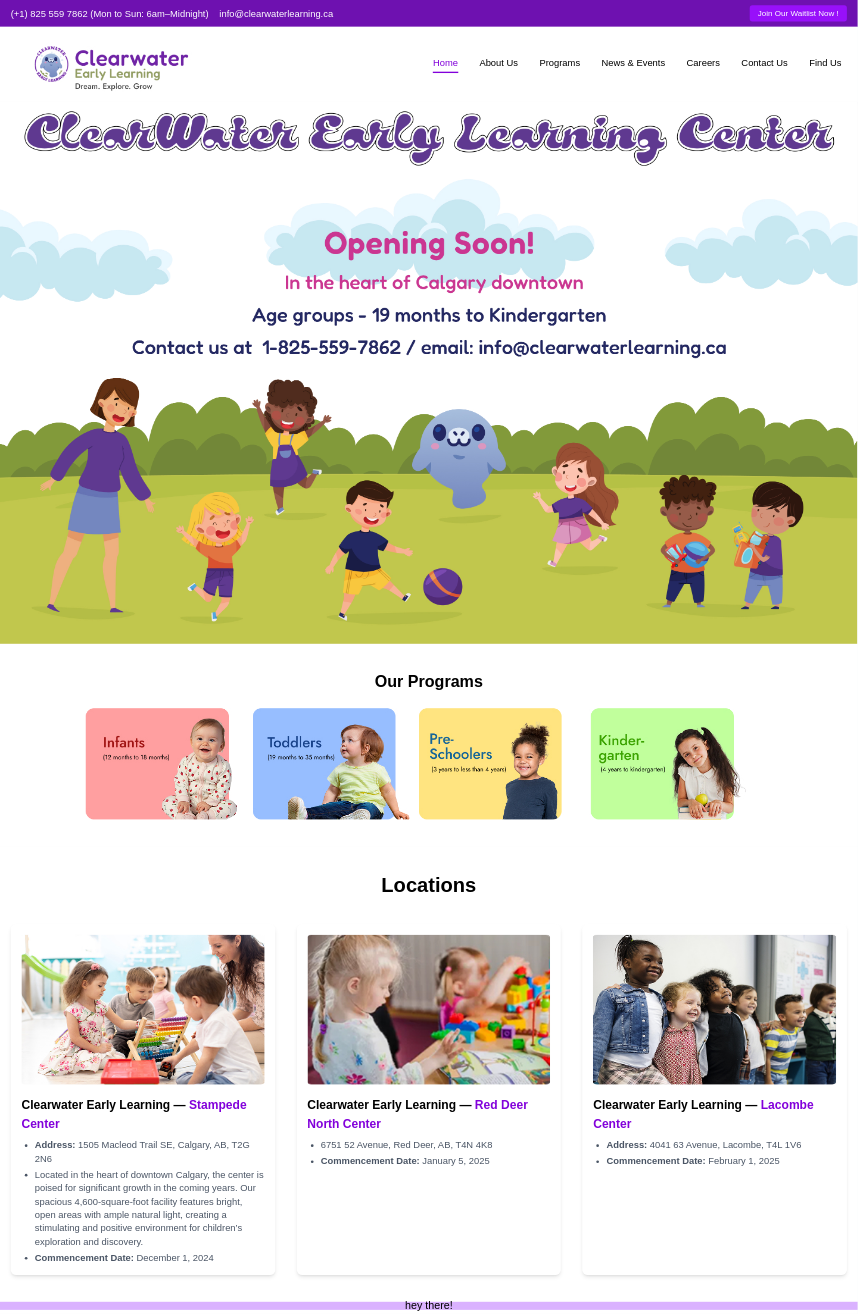
Repository: harshikabodekar/Daycare-Site
Page: /
These files come from the project's save history. The page is drawn as it stood at one moment and after a run of saves; the edit follows.
The browser window is 1280 px wide. The pictures show the whole page, at 67% of full size.
The project was rebuilt for these pictures with package versions that can differ from the ones it lists, and the page was loaded fresh each time. The framework's server and built-in components were replaced by stand-ins that run in the browser. Also part of the build but not shown: next.config.mjs.

Above is the page before, as saved 2025-06-23 12:03:52.

### app/page.js
import Navbar from "@/components/home/Navbar";
import Herosection from "@/components/home/Herosection";
import Program from "@/components/home/Program";
import Location from"@/components/home/Location";
import Footer from "@/components/home/Footer";

export default function Home() {
  return (
    <div className="bg-gray-50">
      <Navbar />
      <Herosection />
      <Program />
      <Location/>
      <Footer/>
    </div>
  );
}

### components/home/Navbar.jsx
import React from 'react';

export default function Navbar() {
  return (
    <div className="w-full shadow-md">
      {/* Top Contact Bar */}
      <div className="bg-purple-800 text-white text-sm flex justify-between items-center px-4 py-2">
        <div className="flex items-center space-x-4">
          <div className="flex items-center justify-center space-x-1">
            <span>(+1) 825 559 7862 (Mon to Sun: 6am–Midnight)</span>
          </div>
          <div className="flex items-center justify-center space-x-1">
            <span>info@clearwaterlearning.ca</span>
          </div>
        </div>
        <div className="flex items-center space-x-2">
          <button className="bg-purple-600 hover:bg-purple-700 text-white text-xs px-3 py-1 rounded">
            Join Our Waitlist Now !
          </button>
        </div>
      </div>

      {/* Logo and Nav */}
      <div className="bg-white flex justify-between items-center px-6 py-4">
        <div className="flex items-center space-x-2">
          <img src="/logo.jpg" alt="Clearwater Logo" className="h-20 w-auto" />
        </div>
        <div className="flex space-x-8 font-medium text-sm text-black">
          <a href="#" className="text-purple-700 border-b-2 border-purple-700 pb-1">Home</a>
          <a href="#" className="hover:text-purple-600">About Us</a>
          <a href="#" className="hover:text-purple-600">Programs</a>
          <a href="#" className="hover:text-purple-600">News & Events</a>
          <a href="#" className="hover:text-purple-600">Careers</a>
          <a href="#" className="hover:text-purple-600">Contact Us</a>
          <a href="#" className="hover:text-purple-600">Find Us</a>
        </div>
      </div>
    </div>
  );
}

### components/home/Herosection.jsx
import Image from "next/image";

export default function Herosection() {
  return (
    <div className="w-full relative">
      <Image
        src="/bg.jpg"
        alt="Background"
        width={1920}
        height={1080}
        className="w-full h-auto object-contain"
        priority
      />
    </div>
  );
}

### components/home/Program.jsx
import Image from "next/image";

export default function Program() {
  return (
    <div className="bg-white text-black flex flex-col items-center justify-center py-10">
      <h2 className="text-2xl font-bold mb-6">Our Programs</h2>
      <div className="relative w-full max-w-5xl">
        <Image
          src="/program.jpg"
          alt="Our Program"
          width={1100}
          height={950}
          className="w-full h-auto object-contain"
          priority
        />
      </div>
    </div>
  );
}

### components/home/Location.jsx
import Image from "next/image";

export default function Location() {
  return (
    <div className="bg-white py-10 px-4">
      <h2 className="text-3xl font-bold text-center text-black mb-10">Locations</h2>

      <div className="grid grid-cols-1 md:grid-cols-2 lg:grid-cols-3 gap-8 max-w-7xl mx-auto">

        <div className="bg-white rounded-lg shadow-md p-4">
          <Image
            src="/loc1.jpg"
            alt="Stampede Center"
            width={500}
            height={300}
            className="w-full h-56 object-cover rounded"
          />
          <div className="mt-4">
            <h3 className="font-bold text-lg text-black">
              Clearwater Early Learning —{" "}
              <span className="text-purple-700">Stampede Center</span>
            </h3>
            <ul className="list-disc pl-5 text-sm mt-2 text-gray-600 space-y-1">
              <li>
                <strong>Address:</strong> 1505 Macleod Trail SE, Calgary, AB, T2G 2N6
              </li>
              <li>
                Located in the heart of downtown Calgary, the center is poised for significant
                growth in the coming years. Our spacious 4,600-square-foot facility features
                bright, open areas with ample natural light, creating a stimulating and positive
                environment for children’s exploration and discovery.
              </li>
              <li>
                <strong>Commencement Date:</strong> December 1, 2024
              </li>
            </ul>
          </div>
        </div>


        <div className="bg-white rounded-lg shadow-md p-4">
          <Image
            src="/loc2.jpg"
            alt="Red Deer North Center"
            width={500}
            height={300}
            className="w-full h-56 object-cover rounded"
          />
          <div className="mt-4">
            <h3 className="font-bold text-lg text-black">
              Clearwater Early Learning —{" "}
              <span className="text-purple-700">Red Deer North Center</span>
            </h3>
            <ul className="list-disc pl-5 text-sm mt-2 text-gray-600 space-y-1">
              <li>6751 52 Avenue, Red Deer, AB, T4N 4K8</li>
              <li>
                <strong>Commencement Date:</strong> January 5, 2025
              </li>
            </ul>
          </div>
        </div>
        <div className="bg-white rounded-lg shadow-md p-4">
          <Image
            src="/loc3.jpg"
            alt="Lacombe Center"
            width={500}
            height={300}
            className="w-full h-56 object-cover rounded"
          />
          <div className="mt-4">
            <h3 className="font-bold text-lg text-black">
              Clearwater Early Learning —{" "}
              <span className="text-purple-700">Lacombe Center</span>
            </h3>
            <ul className="list-disc pl-5 text-sm mt-2 text-gray-600 space-y-1">
              <li>
                <strong>Address:</strong> 4041 63 Avenue, Lacombe, T4L 1V6
              </li>
              <li>
                <strong>Commencement Date:</strong> February 1, 2025
              </li>
            </ul>
          </div>
        </div>
      </div>
    </div>
  );
}

### components/home/Footer.jsx
import Image from "next/image";
export default function Footer(){
    return(
<div className="bg-purple-300 text-black w-full h-3 flex items-center justify-center">
    hey there!

</div>
    );
}

Loaded but not shown: app/layout.js (common file); app/globals.css (common file)

After the next 8 saves:
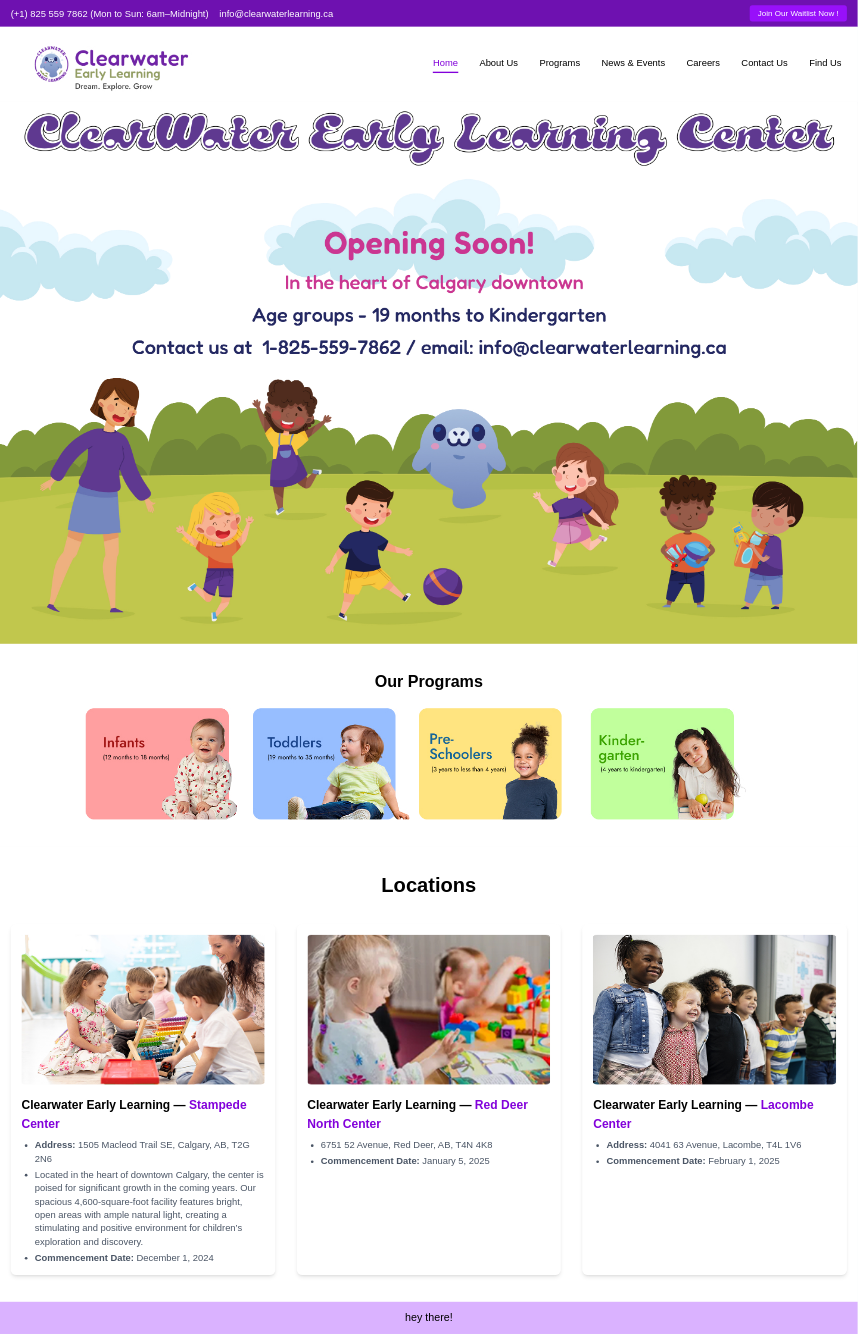
The 8 saves are shown as one change because they came seconds apart.
The last was saved 55 s later.
--- a/components/home/Footer.jsx
+++ b/components/home/Footer.jsx
@@ -1,7 +1,7 @@
 import Image from "next/image";
 export default function Footer(){
     return(
-<div className="bg-purple-300 text-black w-full h-3 flex items-center justify-center">
+<div className="bg-purple-300 text-black w-full h-12 flex items-center justify-center">
     hey there!
 
 </div>
